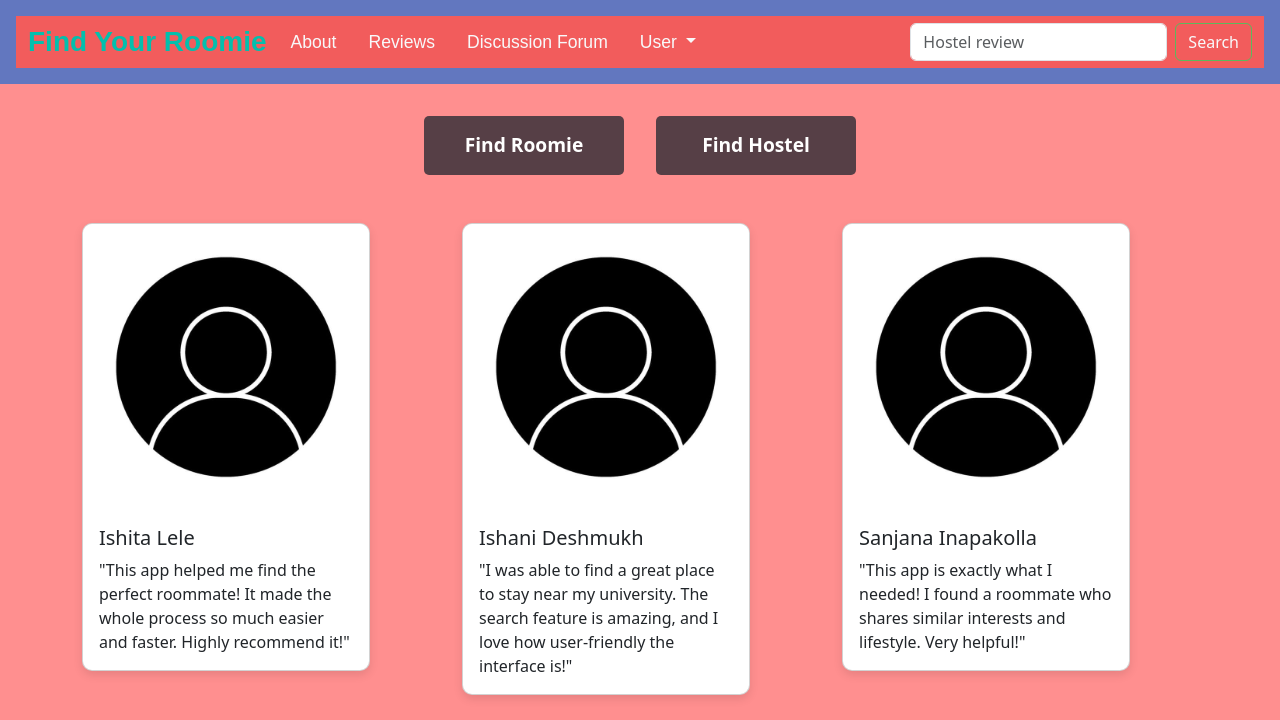
Repository: Sanjana-Inapakolla/Find-your-Roomie-website
Page: mini-project(jfst)/MiniProject/src/main/webapp/home.html
An editor plug-in stored every save of this project. The page is shown before and after the next save, followed by the edit.
The browser window is 1280 px wide. The pictures show the whole page.

Above is the page before, as saved 2024-11-13 08:50:36.

After the next save:
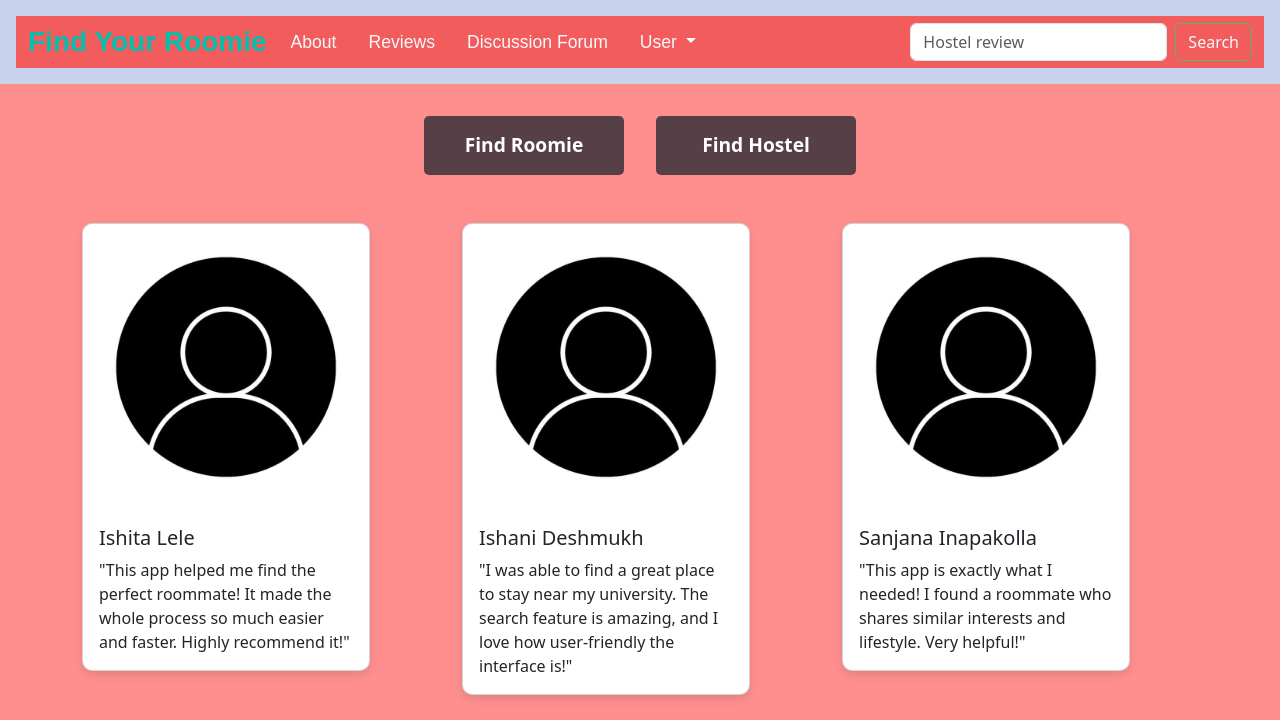
Saved 46 s later.
--- a/mini-project(jfst)/MiniProject/src/main/webapp/home.html
+++ b/mini-project(jfst)/MiniProject/src/main/webapp/home.html
@@ -7,7 +7,7 @@
   <style>
     /* Navbar Styling */
     .navbar {
-      background-color: #6277bf ;
+      background-color:  #cad3ed;
       padding: 1rem;
     }
 

After the 2 saves that followed:
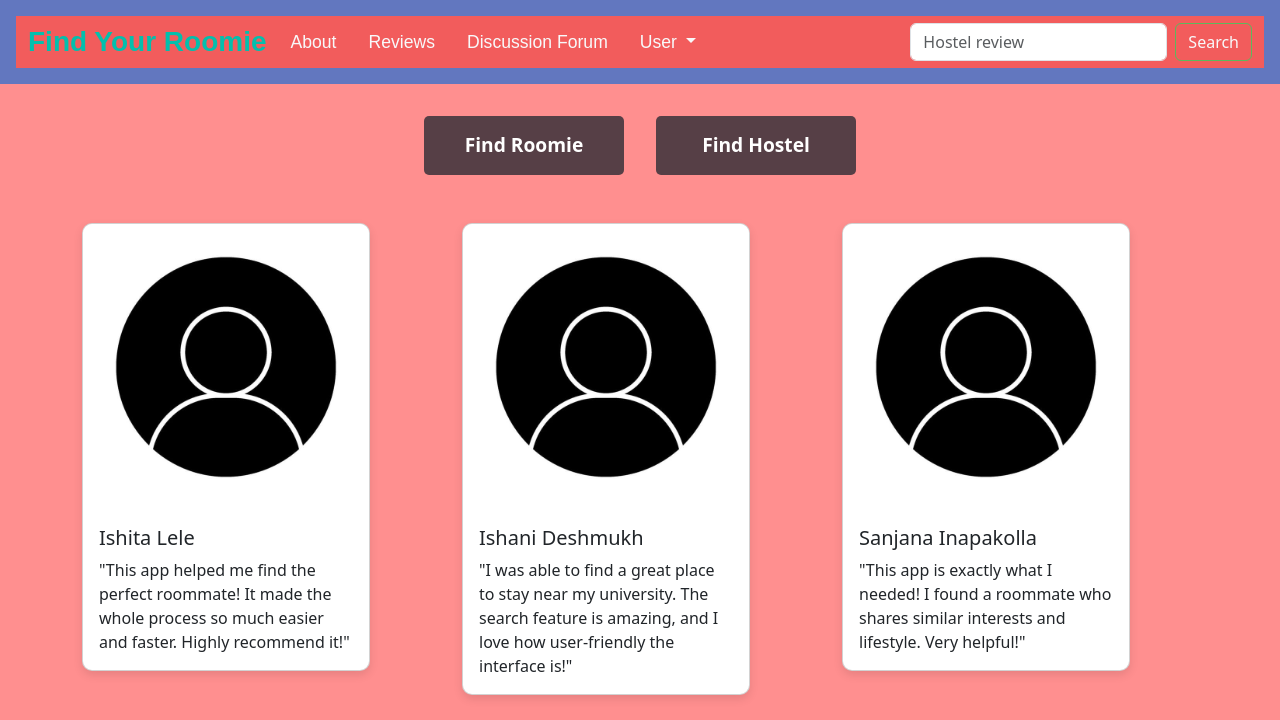
The 2 saves are shown as one change because 1 left the picture as it was.
The last was saved 27 s later.
--- a/mini-project(jfst)/MiniProject/src/main/webapp/home.html
+++ b/mini-project(jfst)/MiniProject/src/main/webapp/home.html
@@ -7,7 +7,7 @@
   <style>
     /* Navbar Styling */
     .navbar {
-      background-color:  #cad3ed;
+      background-color: #6277bf ;
       padding: 1rem;
     }
 
